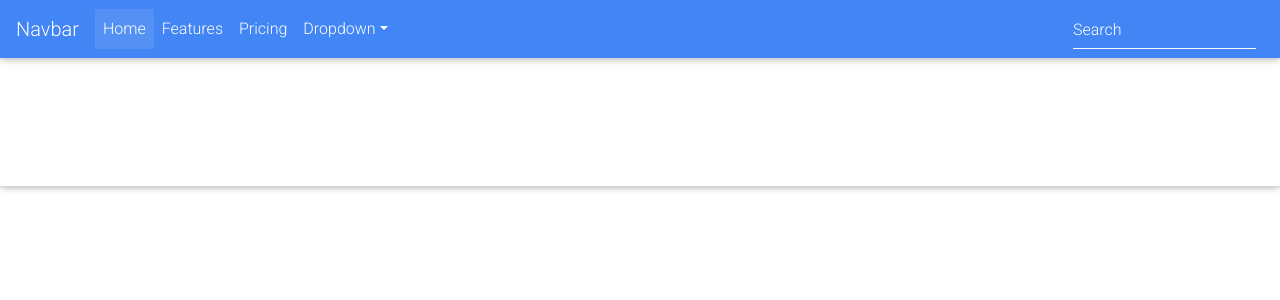
Repository: nicolasolo/bitesizecoding.space
Page: index.html
The author's editor kept a copy of each file at every save. The page is drawn from the files as they stood at one save, then again after the next save.
The browser window is 1280 px wide. The pictures show the whole page.
Some web libraries are served in a nearby version.

Above is the page before, as saved 2020-04-14 12:51:54.

After the next save:
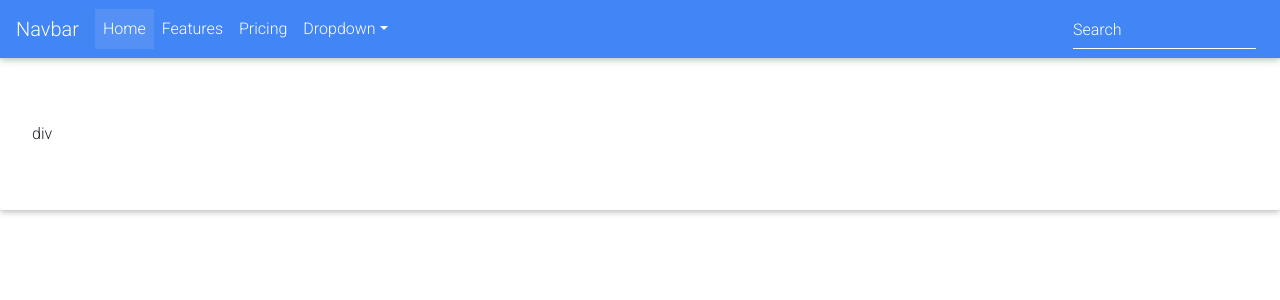
Saved 6 s later.
--- a/index.html
+++ b/index.html
@@ -99,7 +99,7 @@
 <!--codul va fi scris aici-->
 <div class="jumbotron"
 <!--Jumbotron -->
-
+div
 <!-- Footer-->
 <!--navigation -> Footer-->
 
